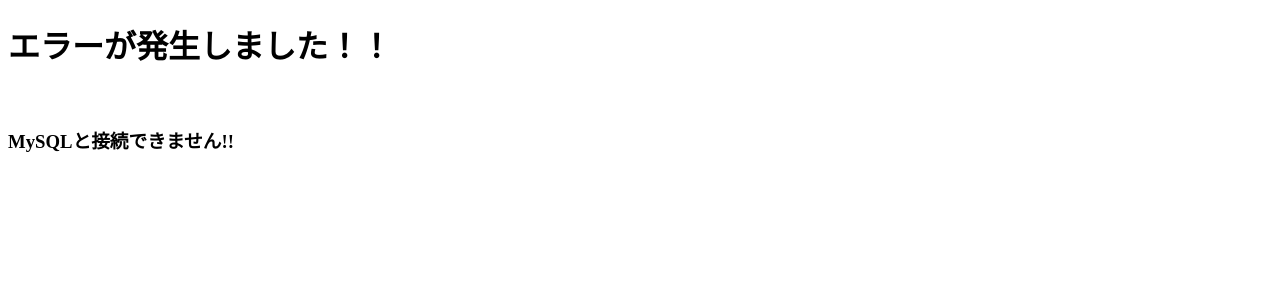
Repository: gabai23/test
Page: http://localhost/Webproj2/helloStrutsError.jsp
The author's editor kept a copy of each file at every save. The page is drawn from the files as they stood at one save, then again after the next save.
The browser window is 1280 px wide. The pictures show the whole page.
The page is served by Tomcat 9. Nobody is signed in. The application's start-up code is not run.

Above is the page before, as saved 2018-05-07 06:47:16.

After the next save:
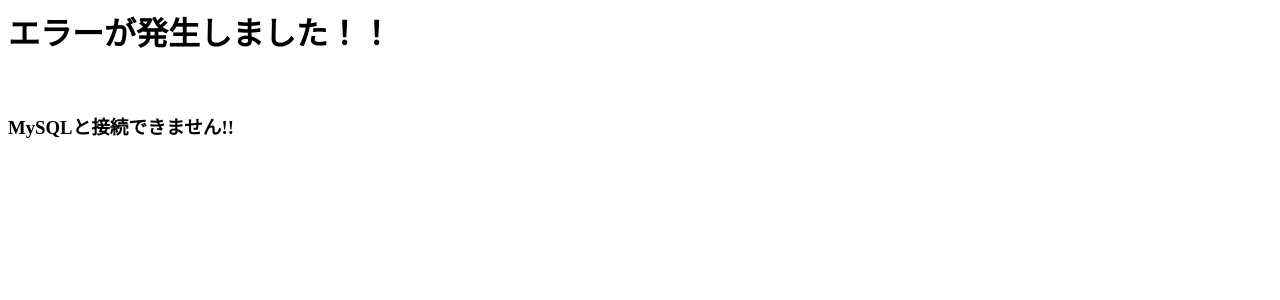
Saved 36 s later.
--- a/eclipse/Webproj2/WebContent/helloStrutsError.jsp
+++ b/eclipse/Webproj2/WebContent/helloStrutsError.jsp
@@ -1,7 +1,7 @@
 <%@ page language="java" contentType="text/html; charset=UTF-8"
     pageEncoding="UTF-8"%>
 
-<!DOCTYPE html >
+<!DOCTYPE >
 <html>
 <head>
 <meta  charset="UTF-8">
